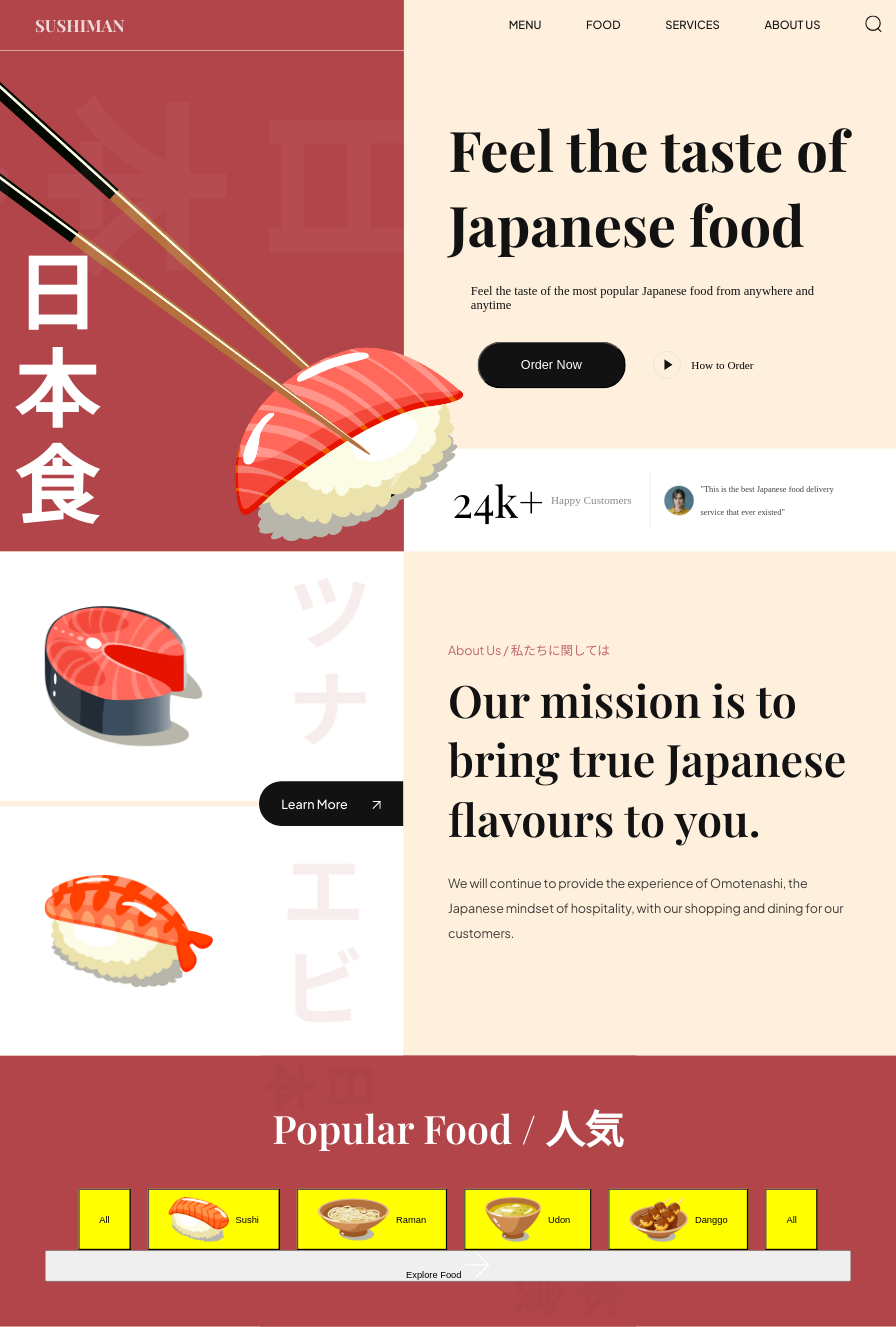
Repository: echoyol/sushiWebsite
Page: index.html
An editor plug-in stored every save of this project. The page is shown before and after the next save, followed by the edit.
The browser window is 1280 px wide. The pictures show the whole page, at 70% of full size.

Above is the page before, as saved 2023-06-04 19:57:51.

### index.html
<!DOCTYPE html>
<html lang="en">
  <head>
    <meta charset="UTF-8" />
    <meta
      http-equiv="X-UA-Compatible"
      content="IE=edge"
    />
    <meta
      name="viewport"
      content="width=device-width, initial-scale=1.0"
    />
    <link
      rel="icon"
      type="image/png"
      href="/public/sushi.png"
    />
    <link
      rel="stylesheet"
      href="/css/style.css"
    />
    <title>Sushiman</title>
  </head>
  <body>
    <header>
      <nav class="header_nav">
        <div class="header__logo">
          <h4>Sushiman</h4>
          <div class="header__logo-overlay"></div>
        </div>
        <ul class="header__menu">
          <li>
            <a href="#menu">Menu</a>
          </li>
          <li>
            <a href="#food">Food</a>
          </li>
          <li>
            <a href="#services">Services</a>
          </li>
          <li>
            <a href="#about-us">About Us</a>
          </li>
          <li>
            <img
              src="assets/search.svg"
              alt="search"
            />
          </li>
        </ul>
        <ul class="header__menu-mobile">
          <li>
            <img
              src="assets/menu.svg"
              alt="menu"
            />
          </li>
        </ul>
      </nav>
    </header>

    <section class="hero">
      <div class="hero-image">
        <img
          src="assets/sushi-1.png"
          alt="sushi"
        />
        <h2>
          日<br />
          本<br />
          食
        </h2>

        <div class="hero-image__overlay"></div>
      </div>

      <div class="hero-content">
        <div class="hero-content-info">
          <h1>Feel the taste of Japanese food</h1>
          <p>
            Feel the taste of the most popular Japanese food from anywhere and
            anytime
          </p>

          <div class="hero-content__buttons">
            <button class="hero-content__order-button">Order Now</button>
            <button class="hero-content__play-button">
              <img
                src="assets/play-circle.svg"
                alt="play"
              />
              How to Order
            </button>
          </div>
        </div>
        <div class="hero-content__testimonial">
          <div class="hero-content__customer flex-center">
            <h4>24<span>k+</span></h4>
            <p>Happy Customers</p>
          </div>

          <div class="hero-content__review">
            <img
              src="assets/user.png"
              alt="user"
            />
            <p>
              "This is the best Japanese food delivery service that ever
              existed"
            </p>
          </div>
        </div>
      </div>
    </section>

    <section
      class="about-us"
      id="about-us"
    >
      <div class="about-us__image">
        <div class="about-us__image-sushi3">
          <img
            src="assets/sushi-3.png"
            alt="sushi"
          />
        </div>

        <button class="about-us__button">
          Learn More

          <img
            src="assets/arrow-up-right.svg"
            alt="learn more"
          />
        </button>

        <div class="about-us__image-sushi2">
          <img
            src="assets/sushi-2.png"
            alt="sushi"
          />
        </div>
      </div>

      <div class="about-us__content">
        <p class="sushi__subtitle">About Us / 私たちに関しては</p>
        <h3 class="sushi__title">
          Our mission is to bring true Japanese flavours to you.
        </h3>
        <p class="sushi__description">
          We will continue to provide the experience of Omotenashi, the Japanese
          mindset of hospitality, with our shopping and dining for our
          customers.
        </p>
      </div>
    </section>

    <section
      class="popular-foods"
      id="menu"
    >
      <h2 class="popular-foods__title">Popular Food / 人気</h2>

      <div class="popular-foods__filters sushi__hide-scrollbar">
        <button class="popular-foods__filter-btn active">All</button>
        <button class="popular-foods__filter-btn">
          <img
            src="assets/sushi-9.png"
            alt="sushi 9"
          />
          Sushi
        </button>
        <button class="popular-foods__filter-btn">
          <img
            src="assets/sushi-8.png"
            alt="sushi 8"
          />
          Raman
        </button>
        <button class="popular-foods__filter-btn">
          <img
            src="assets/sushi-7.png"
            alt="sushi 7"
          />
          Udon
        </button>
        <button class="popular-foods__filter-btn">
          <img
            src="assets/sushi-6.png"
            alt="sushi 6"
          />
          Danggo
        </button>
        <button class="popular-foods__filter-btn active">All</button>
      </div>

      <div class="popular-foods__catalogue"></div>

      <button class="popular-foods__button">
        Explore Food
        <img
          src="assets/arrow-right.svg"
          alt="arrow-right"
        />
      </button>
    </section>
    <script
      src="js/script.js"
      type="module"
    ></script>
  </body>
</html>

### css/style.css
@import url('https://fonts.googleapis.com/css2?family=Playfair+Display:wght@400;500;600;700;800;900&display=swap');
@import url('https://fonts.googleapis.com/css2?family=Plus+Jakarta+Sans:wght@200;300;400;500;600;700;800&display=swap');

/* other css file imports */
@import url('sections/header.css');
@import url('sections/hero.css');
@import url('sections/about.css');
@import url('sections/popular.css');
@import url('sections/trending.css');
@import url('sections/subscribe.css');
@import url('sections/footer.css');

/* CSS variables for reusablity across all files (including above imported) */
:root {
  --playfair-display: 'Playfair Display', serif;
  --plus-jakarta-sans: 'Plus Jakarta Sans', sans-serif;

  --primary-color: #b1454a;
  --secondary-color: #121212;

  --black-200: #020202;
  --black-300: #333333;
  --black-400: #1f1e31;
  --black-500: #555555;
  --gray-100: #888888;

  --color-white: #fff;
  --color-creamson: #fff0de;
}

* {
  margin: 0;
  padding: 0;
  box-sizing: border-box;
  scroll-behavior: smooth;
}

body {
  max-width: 1280px;
  margin: 0 auto;
  background-color: var(--color-creamson);
}

a {
  text-decoration: none;
  color: inherit;
}

.flex-center {
  display: flex;
  justify-content: center;
  align-items: center;
}

.flex-between {
  display: flex;
  justify-content: space-between;
  align-items: center;
}

.sushi__subtitle {
  font-size: 18px;
  font-weight: 400;
  font-family: var(--plus-jakarta-sans);

  color: var(--primary-color);
  opacity: 0.8;

  letter-spacing: -0.01em;
}

.sushi__title {
  font-size: 64px;
  font-weight: 600;
  font-family: var(--playfair-display);

  color: var(--secondary-color);

  margin-top: 16px;
}

.sushi__description {
  font-size: 18px;
  font-weight: 400;
  font-family: var(--plus-jakarta-sans);

  line-height: 36px;
  letter-spacing: -0.01em;

  color: var(--secondary-color);
  opacity: 0.8;

  margin: 32px 0px;
}

/* Hide scrollbar for Chrome, Safari and Opera */
.sushi__hide-scrollbar::-webkit-scrollbar {
  display: none;
}

/* Hide scrollbar for IE, Edge and Firefox */
.sushi__hide-scrollbar {
  -ms-overflow-style: none; /* IE and Edge */
  scrollbar-width: none; /* Firefox */
}

/* START: about us media queries */
@media screen and (max-width: 1024px) {
  .about-us {
    flex-direction: column;
  }

  .about-us__image {
    flex-direction: row;
  }

  .about-us__image-sushi3 {
    border-bottom: none;
    border-right: 8px solid var(--color-creamson);
  }

  .about-us__button {
    display: none;
  }
}

@media screen and (max-width: 750px) {
  .about-us__image {
    flex-direction: column;
  }

  .about-us__image-sushi3 {
    border-bottom: 8px solid var(--color-creamson);
    border-right: none;
  }

  .about-us__button {
    display: block;
    top: 47%;
  }
}

@media screen and (max-width: 550px) {
  .about-us__image-sushi2 img,
  .about-us__image-sushi3 img {
    width: 50%;
    height: 160px;

    object-fit: contain;
  }

  .about-us__image div {
    padding: 32px;
  }

  .about-us__button {
    top: 44%;
  }

  .about-us__content {
    padding: 32px;
  }
}
/* END: about us media queries */

/* START: header media querie */
@media screen and (max-width: 900px) {
  .header__nav {
    background: var(--primary-color);
  }

  .header__menu {
    display: none;
  }

  .header__menu-mobile {
    display: flex;
  }
}

@media screen and (max-width: 550px) {
  .header__logo {
    padding-left: 0;
  }
}
/* END: header media queries */

/* START: hero media queries */
@media screen and (max-width: 1060px) {
  .hero {
    flex-direction: column;
  }

  .hero-image img {
    width: 100%;

    transform: matrix(1, 0.05, 0, 1.25, 0, 0) !important;
  }
}

@media screen and (max-width: 750px) {
  .hero-image h2 {
    font-size: 70px;
    line-height: 90px;
  }
}

@media screen and (max-width: 550px) {
  .hero-image h2 {
    font-size: 40px;
    line-height: 60px;
  }

  .hero-content-info {
    padding: 32px;
  }

  .hero-content-info h1 {
    font-size: 60px;
  }

  .hero-content-info p {
    margin: 32px 0;
  }

  .hero-content__buttons {
    margin: 41px 0;
  }

  .hero-content__testimonial {
    padding: 32px;
  }
}
/* END: hero media queries */

/* START: popular media queries */
@media screen and (max-width: 550px) {
  .popular-foods {
    padding: 64px 32px;
  }

  .popular-foods__card,
  .popular-foods__card.active-card {
    min-width: 100%;
  }
}
/* END: popular media queries */

/* START: subscribe media queries */
@media screen and (max-width: 550px) {
  .subscription {
    padding: 64px 32px;
  }

  .subscription h2 {
    font-size: 68px;
    line-height: 100px;
  }

  .subscription__form {
    flex-direction: column;
    gap: 20px;

    min-width: 100%;
    border-radius: 20px;
    padding: 0;

    border: none;
  }

  .subscription__form input {
    min-height: 50px;

    border: 1px solid rgba(255, 255, 255, 0.5);
    padding: 10px 20px;
    border-radius: 30px;
  }

  .subscription__form button {
    min-width: 100%;
  }
}
/* END: subscribe media queries */

/* START: trending media queries */
@media screen and (max-width: 1024px) {
  .trending-sushi {
    flex-direction: column;
  }

  .trending-drink {
    flex-direction: column-reverse;
  }

  .trending__image {
    width: 100%;
    background-size: cover;
  }

  .trending__discover {
    display: none;
  }

  .trending__arrow {
    display: none;
  }
}

@media screen and (max-width: 550px) {
  .trending__image img {
    width: 70%;
    height: 70%;
  }

  .trending__content {
    padding: 32px;
  }
}
/* END: trending media queries */

### js/script.js
// import AOS from 'aos'
// import 'aos/dist/aos.css'

// // init AOS animation
// AOS.init({
//   duration: 1000,
//   offset: 100,
// })

### css/sections/header.css
.header_nav {
  display: flex;
  overflow: hidden;
}

.header__logo {
  flex: 1;
  display: flex;
  position: relative;
  padding: 20px;
}

.header__logo-overlay {
  position: absolute;
  inset: 0;
  width: 100%;
  background-color: var(--primary-color);
  z-index: -1;
}

.header__logo h4 {
  padding-left: 30px;
  font-weight: 700;
  font-size: 24px;
  text-transform: uppercase;
  font-family: var(--playfair-display);
  color: #fff;
  opacity: 0.8;
}

.header__menu,
.header__menu-mobile {
  padding: 20px;
  flex: 1.236;
  display: flex;
  align-items: center;
  justify-content: flex-end;
  gap: 64px;

  list-style: none;
}

.header__menu li {
  font-weight: 500;
  font-family: var(--plus-jakarta-sans);
  color: var(--secondary-color);
  font-size: 16px;
  text-transform: uppercase;
  line-height: 20px;
  cursor: pointer;
}

.header__menu li img {
  width: 24px;
  height: 24px;
  object-fit: contain;
}

.header__menu-mobile {
  display: none;
  gap: 20px;
  position: relative;
}

### css/sections/hero.css
.hero {
  display: flex;
  min-height: calc(100vh-74px);
  overflow: hidden;
}

.hero-image {
  flex: 1;
  display: flex;
  flex-direction: column;
  position: relative;
  z-index: 5;
}

.hero-image img {
  width: 120%;
  height: 100%;
  object-fit: contain;
}

.hero-image__overlay {
  position: absolute;
  inset: 0;
  width: 100%;
  background-color: var(--primary-color);
  z-index: -1;
}

.hero-image h2 {
  position: absolute;
  bottom: 0;
  padding: 20px;
  font-family: var(--playfair-diaplay);
  font-weight: 700;
  font-size: 120px;
  line-height: 138px;
  color: #fff;
}

.hero-content {
  flex: 1.22;
  display: flex;
  justify-content: space-between;
  flex-direction: column;
}

.hero-content-info {
  padding: 64px;
  flex: 1;
  display: flex;
  justify-content: center;
  flex-direction: column;
}

.hero-content-info h1 {
  font-size: 80px;
  font-weight: 600px;
  font-family: var(--playfair-display);
  color: var(--secondary-color);
}

.hero-content-info p {
  margin: 32px 0 0 32px;
  font-family: var(--plus-jakarta-sana);
  color: var(--secondary-color);
  font-size: 18px;
  font-weight: 400;
}

.hero-content__buttons {
  margin: 41px 0 0 41px;
  display: flex;
  flex-wrap: wrap;
  gap: 36px;
}

.hero-content__order-button {
  padding: 20px;
  border-radius: 36px;
  min-width: 212px;
  outline: none;
  background-color: var(--secondary-color);
  cursor: pointer;
  color: #fff;
  font-weight: 500;
  font-size: 18px;
  line-height: 23px;
}

.hero-content__play-button {
  border: none;
  outline: none;
  background: transparent;

  display: flex;
  align-items: center;

  font-size: 16px;
  line-height: 19px;
  color: var(--black-200);
  font-family: var(--plus-jakarta-sana);

  cursor: pointer;
}

.hero-content__play-button img {
  margin-right: 12px;

  width: 46px;
  height: 46px;
  object-fit: contain;
}

.hero-content__testimonial {
  padding: 32px 64px;

  display: flex;
  flex-wrap: wrap;
  gap: 20px;

  background: var(--color-white);
}

.hero-content__customer {
  flex: 1;
  gap: 10px;
}

.hero-content__customer h4 {
  font-size: 62px;
  font-weight: 400;
  font-family: var(--playfair-display);
}

.hero-content__customer p {
  font-size: 16px;
  font-weight: 400;
  font-family: var(--plus-jakarta-sana);
  color: var(--secondary-color);
  opacity: 0.5;
}

.hero-content__review {
  flex: 1;
  display: flex;
  align-items: center;
  gap: 10px;

  padding-left: 20px;
  border-left: 1px solid rgba(2, 2, 2, 0.1);
  min-width: 200px;
}
.hero-content__review img {
  width: 42px;
  height: 42px;
  object-fit: contain;
}

.hero-content__review p {
  font-size: 12px;
  font-weight: 400;
  line-height: 32px;
  font-family: var(--plus-jakarta-sana);
  color: var(--secondary-color);
  opacity: 0.8;
}

### css/sections/about.css
.about-us {
  display: flex;
  min-height: 720px;
  overflow: hidden;
}

.about-us__image {
  flex: 1;
  display: flex;
  flex-direction: column;
  justify-content: center;

  background: var(--color-white);

  position: relative;
}

.about-us__image div {
  padding: 32px 64px;

  flex: 1;
  display: flex;
  align-items: center;

  background-position: center;
  background-repeat: no-repeat;
  background-size: contain;
}

.about-us__image-sushi3 {
  border-bottom: 8px solid var(--color-creamson);

  background-image: url('../../assets/about_bg1.png');
}

.about-us__image-sushi2 {
  background-image: url('../../assets/about_bg2.png');
}

.about-us__image-sushi3 img {
  width: 225px;
  height: 200px;
}

.about-us__image-sushi2 img {
  width: 240px;
  height: 160px;
}

.about-us__button {
  position: absolute;
  right: 0;

  padding: 12px 32px;
  min-height: 64px;

  background: var(--secondary-color);
  border-radius: 32px 0 0 32px;
  border: 0;
  outline: 0;

  color: #fff;
  font-family: var(--plus-jakarta-sans);
  font-weight: 500;
  font-size: 18px;
  line-height: 23px;
  cursor: pointer;
}

.about-us__button img {
  object-fit: contain;
  margin-left: 32px;
}

.about-us__content {
  padding: 64px;

  flex: 1;
  display: flex;
  justify-content: center;
  flex-direction: column;
}

### css/sections/popular.css
.popular-foods {
  padding: 64px;

  display: flex;
  flex-direction: column;

  background-color: var(--primary-color);
  background-image: url('../../assets/popular_bg.png');
  background-position: center;
  background-repeat: no-repeat;
  background-size: contain;

  overflow: hidden;
}

.popular-foods__title {
  font-size: 56px;
  font-family: var(--playfair-display);
  font-weight: 600;
  line-height: 78px;
  color: #fff;
  text-align: center;
}

.popular-foods__filters {
  margin-top: 48px;
  max-width: 100%;
  overflow-x: auto;

  display: flex;
  justify-content: center;
  gap: 24px;
}

.popular-foods__filter-btn {
  padding: 10px 28px;

  display: flex;
  flex-direction: row;
  align-items: center;
  gap: 10px;

  background: rgba(255, 255, 0.05);
}

Loaded but not shown: css/sections/trending.css (no stored copy; drawn as an empty file); css/sections/subscribe.css (no stored copy; drawn as an empty file); css/sections/footer.css (no stored copy; drawn as an empty file)

After the next save:
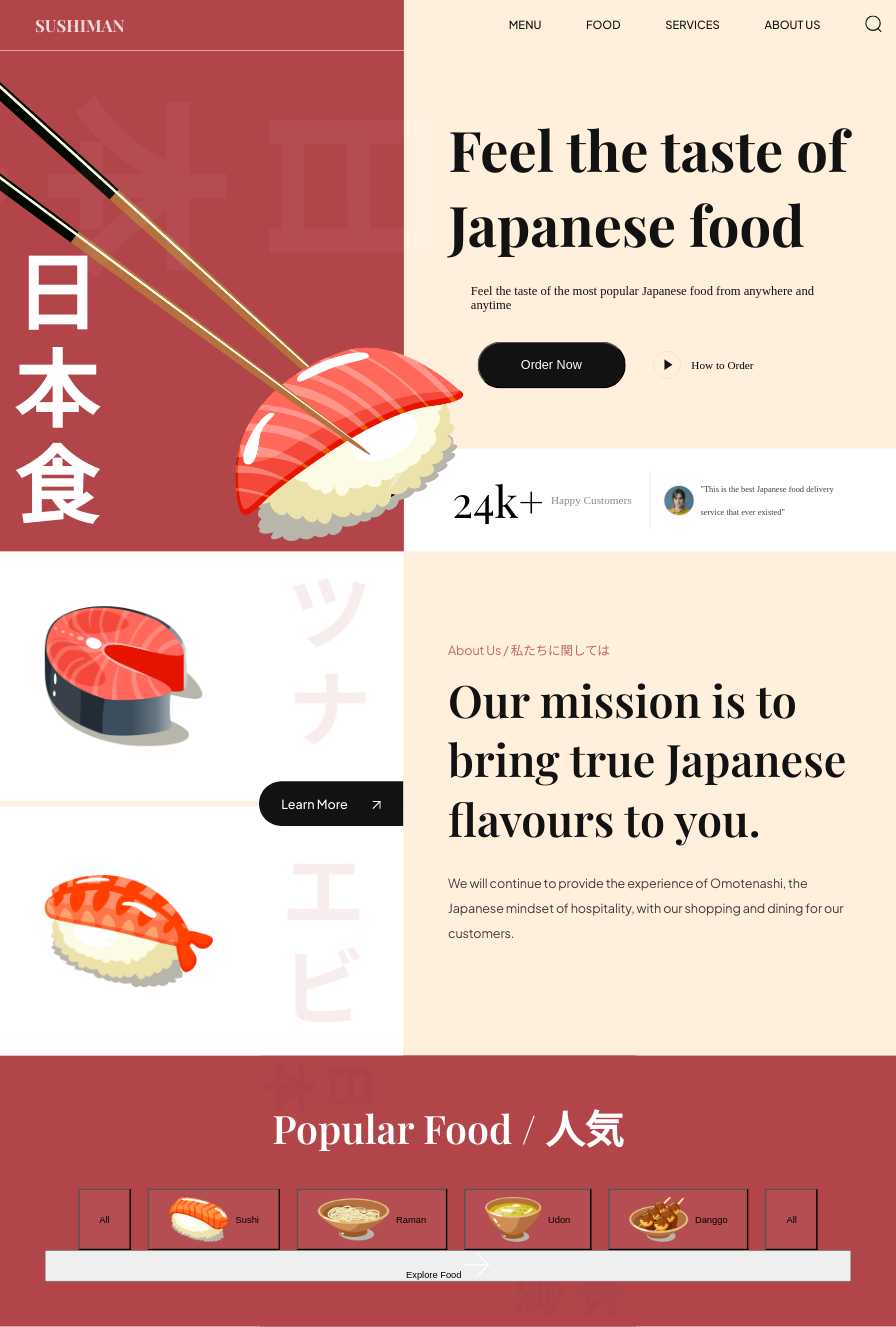
Saved 9 s later.
--- a/css/sections/popular.css
+++ b/css/sections/popular.css
@@ -40,5 +40,5 @@
   align-items: center;
   gap: 10px;
 
-  background: rgba(255, 255, 0.05);
+  background: rgba(255, 255, 255, 0.05);
 }
